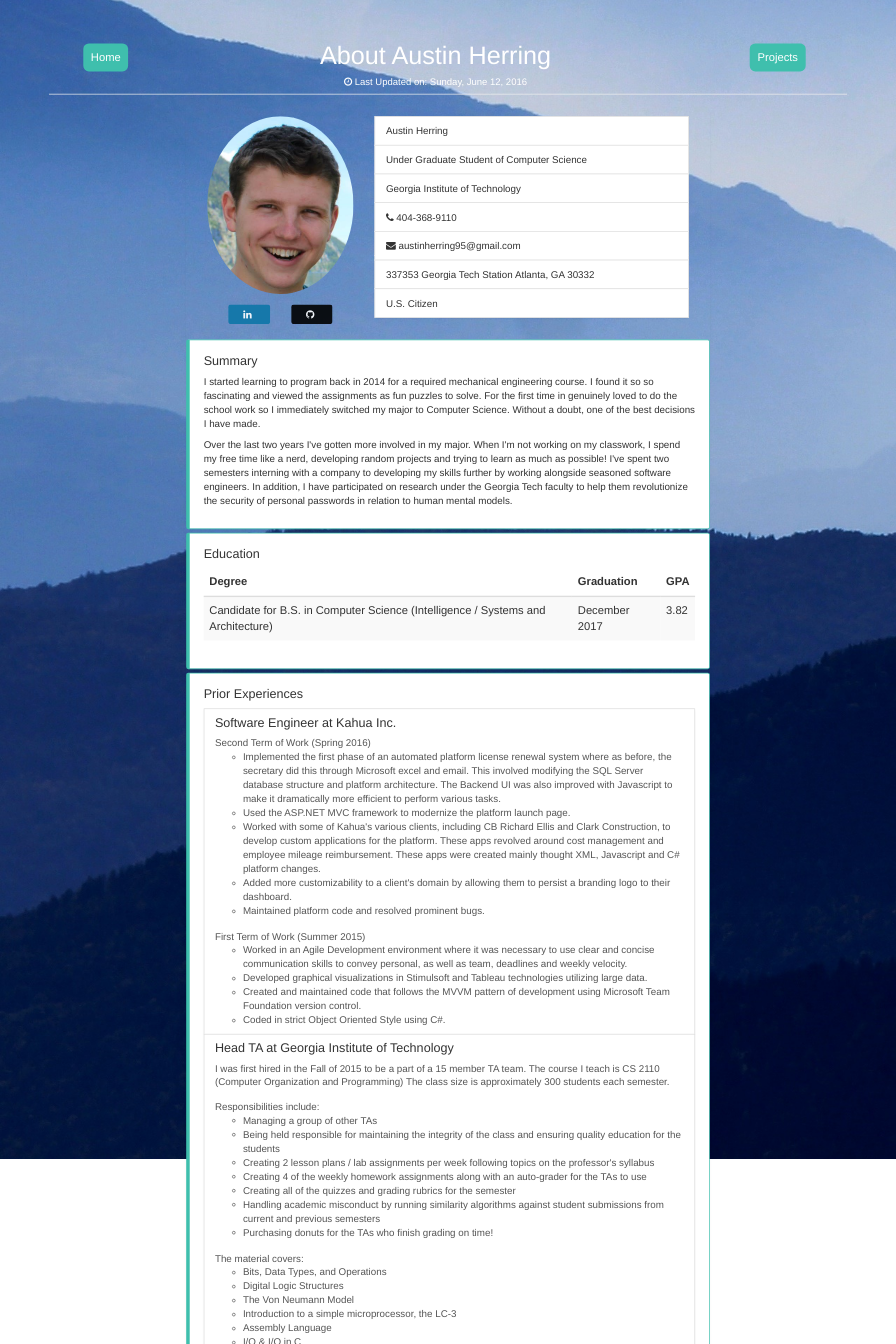
Repository: austinHerring/PersonalWebsite
Page: PersonalWebsite/WebContent/about.html
The author's editor kept a copy of each file at every save. The page is drawn from the files as they stood at one save, then again after the next save.
The browser window is 1280 px wide. The pictures show the part of the page from y = 0 to 1920 px (the page is 3127 px tall before and 3107 px after), at 70% of full size.
Some web libraries are served in a nearby version.

Above is the page before, as saved 2016-06-13 04:45:25.

After the next save:
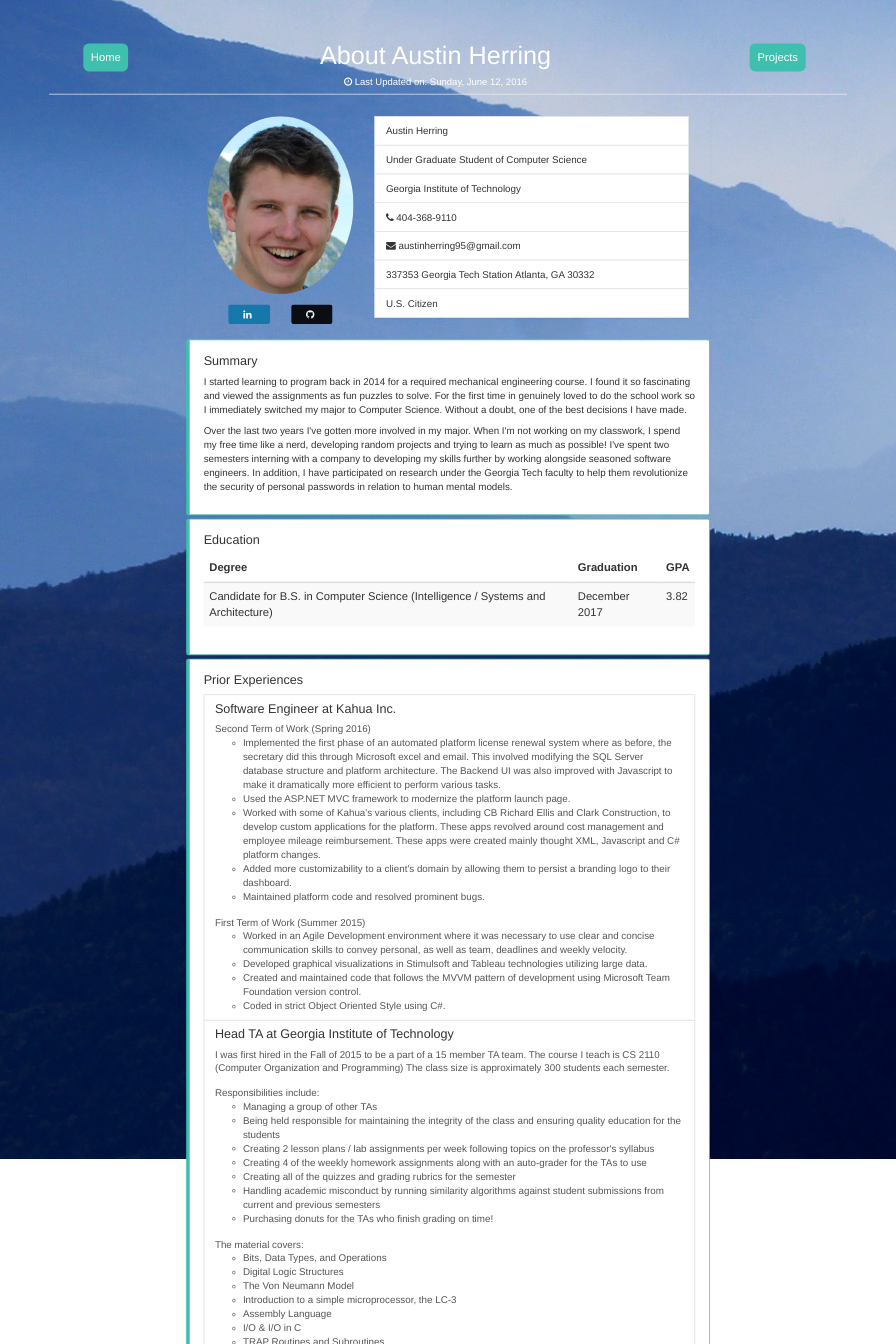
Saved 40 s later.
--- a/PersonalWebsite/WebContent/about.html
+++ b/PersonalWebsite/WebContent/about.html
@@ -65,12 +65,17 @@
 			      <div class="bs-callout">
 			        <h4>Summary</h4>
 			        <p>
-			        	I started learning to program back in 2014 for a required mechanical engineering course. I found it so so fascinating and viewed the assignments as fun puzzles to solve. For the first time in genuinely loved to do the school work so I immediately switched my major to Computer Science. Without a doubt, one of the best decisions I have made.
+			        	I started learning to program back in 2014 for a required mechanical engineering course. I found it
+			        	so fascinating and viewed the assignments as fun puzzles to solve. For the first time in genuinely
+			        	loved to do the school work so I immediately switched my major to Computer Science. Without a doubt,
+			        	one of the best decisions I have made.
 			        </p>
 			        <p>
 			         	Over the last two years I've gotten more involved in my major. When I'm not working on my classwork,
 			         	I spend my free time like a nerd, developing random projects and trying to learn as much as possible!
-			         	I've spent two semesters interning with a company to developing my skills further by working alongside seasoned software engineers. In addition, I have participated on research under the Georgia Tech faculty to help them revolutionize the security of personal passwords in relation to human mental models.
+			         	I've spent two semesters interning with a company to developing my skills further by working alongside
+			         	seasoned software engineers. In addition, I have participated on research under the Georgia Tech faculty
+			         	to help them revolutionize the security of personal passwords in relation to human mental models.
 			        </p>
 			      </div>
 			      <div class="bs-callout">
